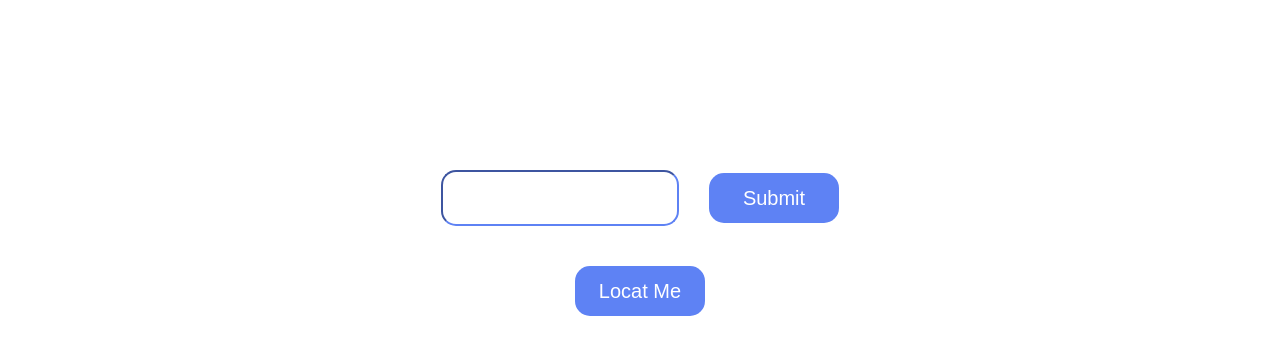
Repository: ahmedazawi/weather-app
Page: /
These files come from the project's save history. The page is drawn as it stood at one moment and after the next save; the edit follows.
The browser window is 1280 px wide. The pictures show the whole page.
The project was rebuilt for these pictures with package versions that can differ from the ones it lists, and the page was loaded fresh each time. Also part of the build but not shown: src/layout/Header.js, src/assets/css/details.css, src/assets/data/ContextApi.js, src/assets/css/SevenDaysCards.css, src/components/card.js, src/components/SevenDaysCards.js, src/assets/data/Api.js, src/components/Map.js and 2 more.

Above is the page before, as saved 2022-11-30 22:40:23.

### src/App.js
import React, { useState, useEffect } from "react";
import "./App.css";
import Header from "./layout/Header";
import Details from "./components/Details";

import Store from "./assets/data/Store";
function App() {
  const [lat, setLat] = useState();
  const [long, setLong] = useState();
  const [located, setLocated] = useState(false);
  const [cityName, setCityName] = useState("");
  const [subCity, setSubCity] = useState();

  const inputHandler = (event) => {
    setCityName(event.target.value);
  };
  const clickHandler = () => {
    setSubCity(cityName);
  };
  const geolocationAPI = navigator.geolocation;
  const getUserCoordinates = () => {
    if (!geolocationAPI) {
      console.log("Geolocation API is not available in your browser!");
    } else {
      geolocationAPI.getCurrentPosition(
        (position) => {
          const { coords } = position;
          setLat(coords.latitude);
          setLong(coords.longitude);
          setLocated(true);
        },

        (error) => {
          console.log("Something went wrong getting your position!");
        }
      );
    }
  };

  if (!subCity && !located) {
    return (
      <div className="App">
        <div>
          <input
            type="text"
            className="form-control"
            name="cityName"
            onChange={inputHandler}
            value={cityName}
          />
          <button onClick={clickHandler} className="btn">
            Submit
          </button>
        </div>
        <button className="btn" onClick={getUserCoordinates}>
          Locat Me
        </button>
      </div>
    );
  }
  console.log(located);
  return (
    <div>
      <Header />
      <Store located={located} lat={lat} long={long} city={subCity}>
        <Details />
      </Store>
    </div>
  );
}

export default App;

### src/App.css
body {
  --primaryColor: #5e82f4;
  --secondaryColor: #ffffff;
  --borderRadius: 25px;
}

.nav {
  display: flex;
  align-items: center;
  height: 55px;
  background-color: var(--primaryColor);
}
.App {
  display: flex;
  flex-direction: column;
  align-items: center;
  justify-content: center;
  height: 100%;
  width: 100%;
  margin-top: 170px;
  gap: 40px;
}
.App > div {
  display: flex;
  align-items: center;
  gap: 30px;
}
.App .btn {
  border: none;
  border-radius: 15px;
  color: var(--secondaryColor);
  background-color: var(--primaryColor);
  height: 50px;
  width: 130px;
  font-size: 20px;
}
.App .form-control {
  border-color: var(--primaryColor);
  border-radius: 15px;
  height: 50px;
  width: 230px;
}

Loaded but not shown: public/index.html (common file); src/index.js (common file); src/index.css (common file)

After the next save:
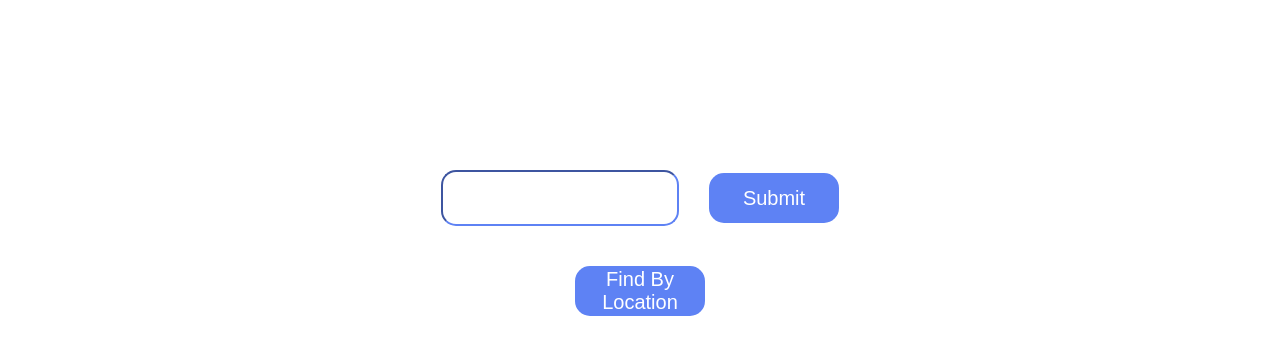
Saved 22 s later.
--- a/src/App.js
+++ b/src/App.js
@@ -53,7 +53,7 @@ function App() {
           </button>
         </div>
         <button className="btn" onClick={getUserCoordinates}>
-          Locat Me
+          Find By Location
         </button>
       </div>
     );
